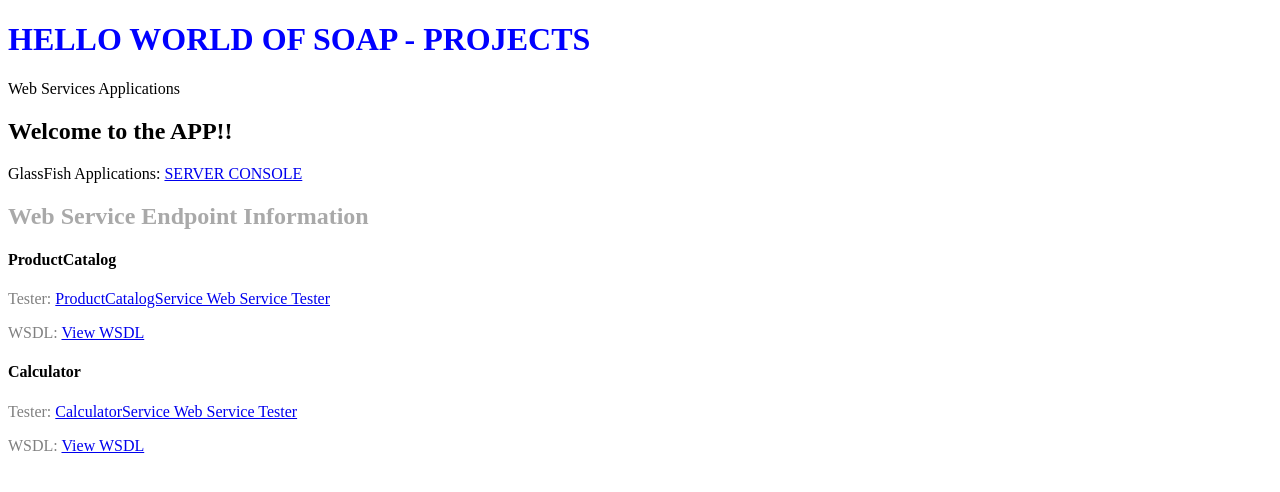
Repository: atafs/BackEnd_JAX-JAX-WS_SOAP
Page: http://localhost/Project_003_SOAP_server_ServiceAndContractFirst/
These files come from the project's save history. The page is drawn as it stood at one moment and after the next save; the edit follows.
The browser window is 1280 px wide. The pictures show the whole page.
The page is served by Tomcat 9.

Above is the page before, as saved 2016-01-26 11:57:58.

After the next save:
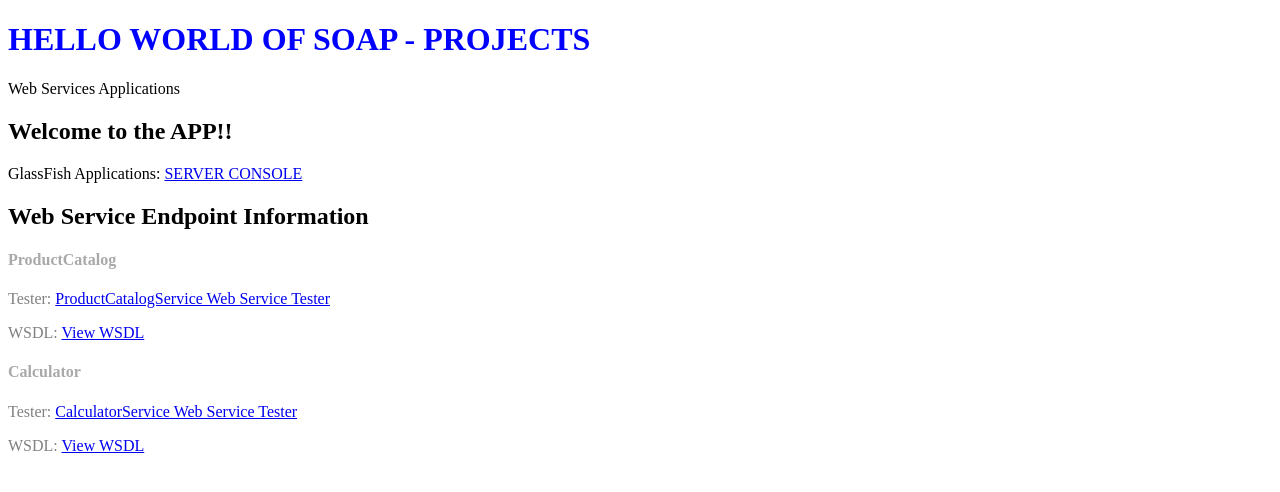
Saved 19 s later.
--- a/Project_003_SOAP_server_ServiceAndContractFirst/WebContent/index.jsp
+++ b/Project_003_SOAP_server_ServiceAndContractFirst/WebContent/index.jsp
@@ -18,12 +18,12 @@
 	<h2>Welcome to the APP!! </h2>
 	<p>GlassFish Applications: <a href="http://localhost:4848/common/index.jsf">SERVER CONSOLE</a></p>
 
-	<h2 style="color:darkgray;">Web Service Endpoint Information</h2>
-	<h4>ProductCatalog</h4>
+	<h2>Web Service Endpoint Information</h2>
+	<h4 style="color:darkgray;">ProductCatalog</h4>
 	<p style="color:gray;">Tester: <a href="http://atafs:9090/Project_003_SOAP_server_ServiceAndContractFirst/ProductCatalogService?Tester">ProductCatalogService Web Service Tester</a></p>
 	<p style="color:gray;">WSDL: <a href="http://atafs:9090/Project_003_SOAP_server_ServiceAndContractFirst/ProductCatalogService?wsdl">View WSDL</a></p>
 
-	<h4>Calculator</h4>
+	<h4 style="color:darkgray;">Calculator</h4>
 	<p style="color:gray;">Tester: <a href="http://atafs:9090/Project_003_SOAP_server_ServiceAndContractFirst/CalculatorService?Tester">CalculatorService Web Service Tester</a></p>
 	<p style="color:gray;">WSDL: <a href="http://atafs:9090/Project_003_SOAP_server_ServiceAndContractFirst/CalculatorService?wsdl">View WSDL</a></p>
 </body>
